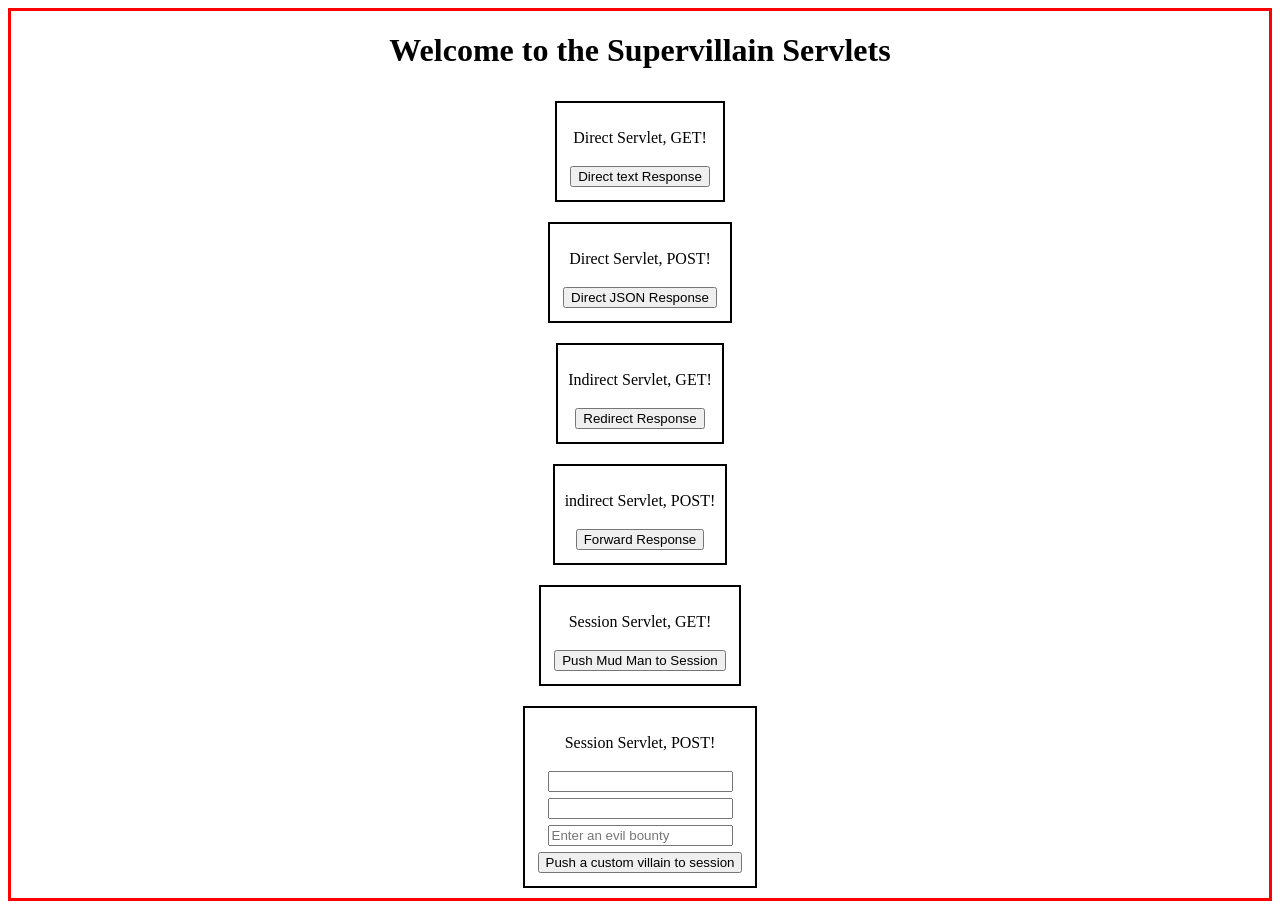
Repository: 210222-reston-java-msa/week2
Page: HelloServlets/src/main/webapp/index.html
The author's editor kept a copy of each file at every save. The page is drawn from the files as they stood at one save, then again after the next save.
The browser window is 1280 px wide. The pictures show the whole page.

Above is the page before, as saved 2021-03-04 23:30:48.

After the next save:
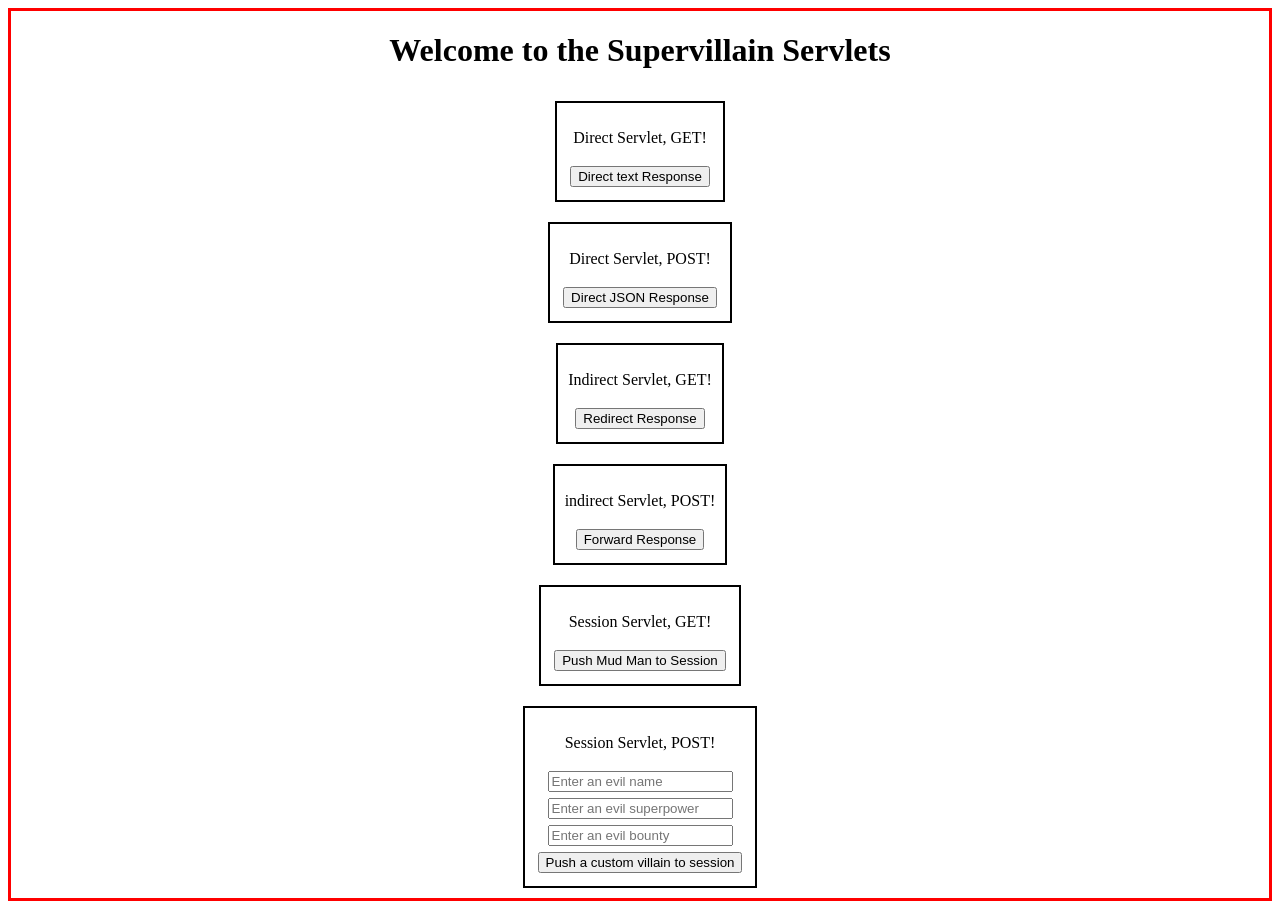
Saved 95 s later.
--- a/HelloServlets/src/main/webapp/index.html
+++ b/HelloServlets/src/main/webapp/index.html
@@ -41,8 +41,8 @@
 
 		<form method="POST" action="sesserv">
 			<p>Session Servlet, POST!</p>
-			<input type="text" name="name" placehodler="Enter an evil name" /> <br />
-			<input type="text" name="superpower" placehodler="Enter an evil superpower" /> <br />
+			<input type="text" name="name" placeholder="Enter an evil name" /> <br />
+			<input type="text" name="superpower" placeholder="Enter an evil superpower" /> <br />
 			<input type="number" name="bounty" placeholder="Enter an evil bounty" /> <br />
 			<input type="submit" value="Push a custom villain to session" /> <br />
 
